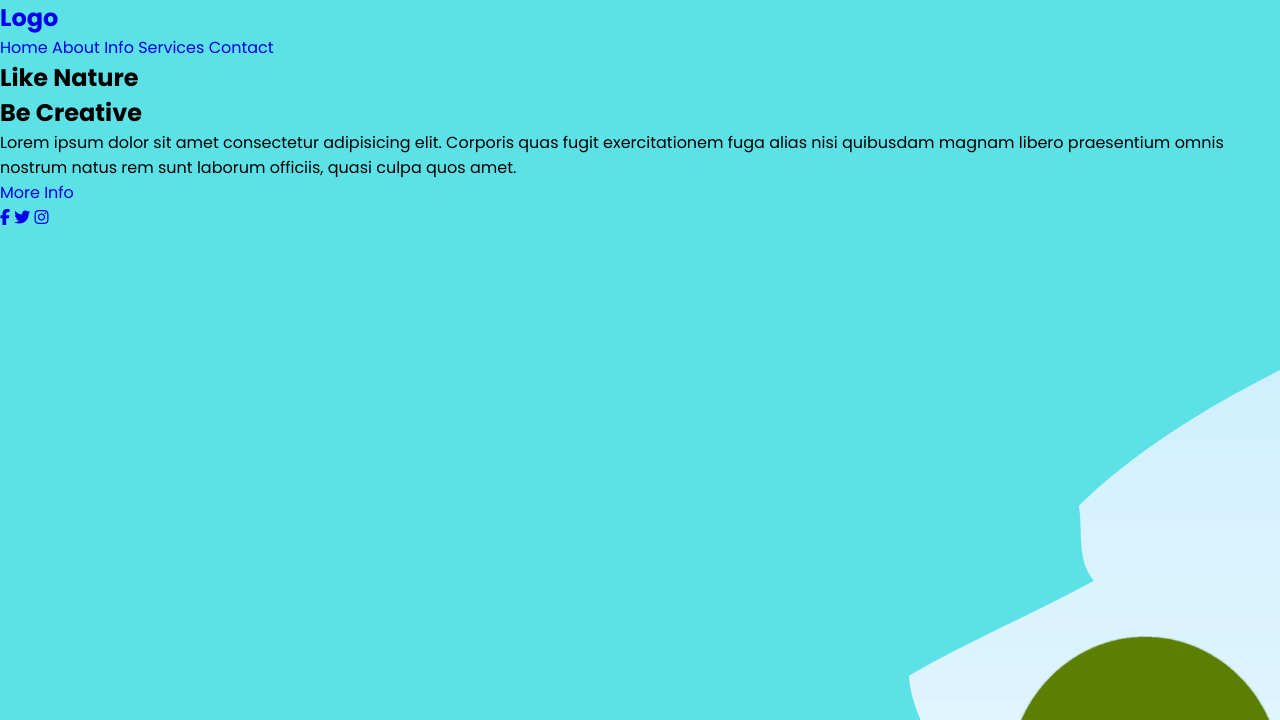
Repository: nganha241/CreativeNature
Page: index.html
These files come from the project's save history. The page is drawn as it stood at one moment and after the next save; the edit follows.
The browser window is 1280 px wide. The pictures show the whole page.
Some web libraries are served in a nearby version.

Above is the page before, as saved 2022-06-18 08:18:07.

### index.html
<!DOCTYPE html>
<html lang="en">
  <head>
    <meta charset="UTF-8" />
    <meta http-equiv="X-UA-Compatible" content="IE=edge" />
    <meta name="viewport" content="width=device-width, initial-scale=1.0" />
    <title>Creative Nature</title>
    <link rel="stylesheet" href="style.css" />
    <script
      src="https://kit.fontawesome.com/ae971d7ee0.js"
      crossorigin="anonymous"
    ></script>
  </head>
  <body>
    <section>
      <header>
        <h2><a href="#" class="logo">Logo</a></h2>
        <div class="navigation">
          <a href="#">Home</a>
          <a href="#">About</a>
          <a href="#">Info</a>
          <a href="#">Services</a>
          <a href="#">Contact</a>
        </div>
      </header>
      <div class="content">
        <div class="info">
          <h2>Like Nature <br /><span>Be Creative</span></h2>
          <p>
            Lorem ipsum dolor sit amet consectetur adipisicing elit. Corporis
            quas fugit exercitationem fuga alias nisi quibusdam magnam libero
            praesentium omnis nostrum natus rem sunt laborum officiis, quasi
            culpa quos amet.
          </p>
          <a href="#" class="info-btn">More Info</a>
        </div>
      </div>
      <div class="media-ions">
        <a href="#"><i class="fa fa-facebook"></i></a>
        <a href="#"><i class="fa fa-twitter"></i></a>
        <a href="#"><i class="fa fa-instagram" aria-hidden="true"></i></a>
      </div>
    </section>
  </body>
</html>

### style.css
@import url('https://fonts.googleapis.com/css2?family=Poppins:wght@300;400;500;600;700;800;900&display=swap');

* {
    box-sizing: border-box;
    padding: 0;
    margin: 0;
    font-family: 'Poppins', sans-serif;
}

a {
    text-decoration: none;
}

image {
    object-fit: cover;
}

section {
    position: relative;
    width: 100%;
    min-height: 100vh;
    display: flex;
    flex-direction: column;
    justify-content: flex-start;
    background: url("./bg.png");
}

After the next save:
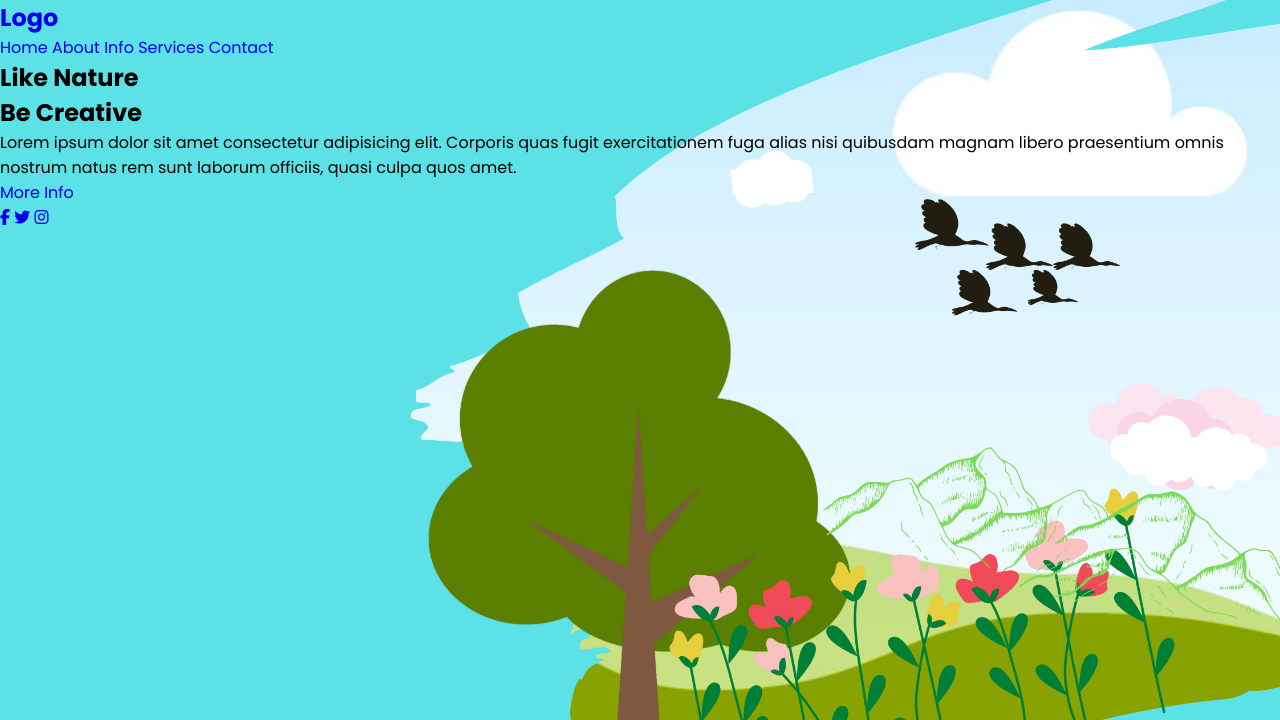
Saved 39 s later.
--- a/style.css
+++ b/style.css
@@ -11,10 +11,6 @@ a {
     text-decoration: none;
 }
 
-image {
-    object-fit: cover;
-}
-
 section {
     position: relative;
     width: 100%;
@@ -23,4 +19,6 @@ section {
     flex-direction: column;
     justify-content: flex-start;
     background: url("./bg.png");
+    background-size: cover;
+    background-position: center;
 }
